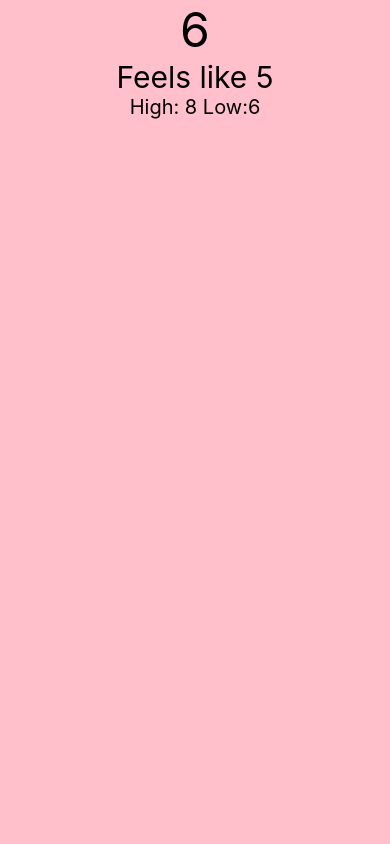
Repository: braduku28/react-weather-app
Screen: / (app in WeatherApp/)
These files come from the project's save history. The screen is drawn as it stood at one moment and after the next save; the edit follows.
The app was drawn by React Native's web renderer in a window 390 px wide. The project was rebuilt for these pictures with package versions that can differ from the ones it lists, and the page was loaded fresh each time.

Above is the screen before, as saved 2023-10-10 14:36:33.

After the next save:
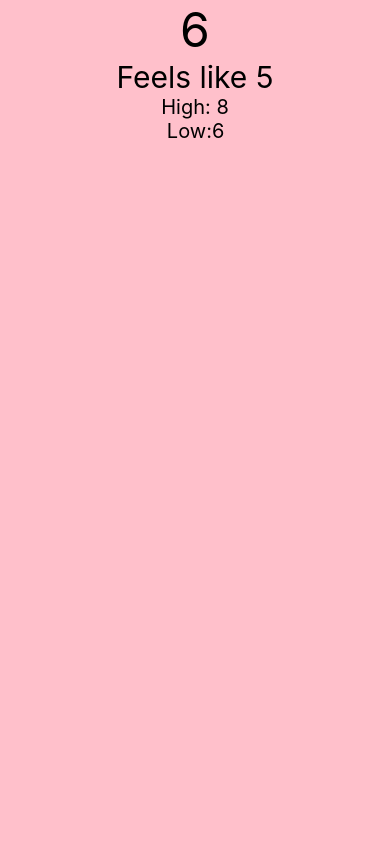
Saved 82 s later.
--- a/WeatherApp/App.tsx
+++ b/WeatherApp/App.tsx
@@ -8,7 +8,10 @@ const App = () =>{
       <View style={styles.container}>
         <Text style={styles.temp}>6</Text>
         <Text style={styles.feels}>Feels like 5</Text>
-        <Text style={styles.highLow}>High: 8 Low:6</Text>
+<View style={styles.highLowWrapper}>
+<Text style={styles.highLow}>High: 8</Text>
+        <Text style={styles.highLow}> Low:6</Text>
+</View>
       </View>
     </SafeAreaView>
   );
